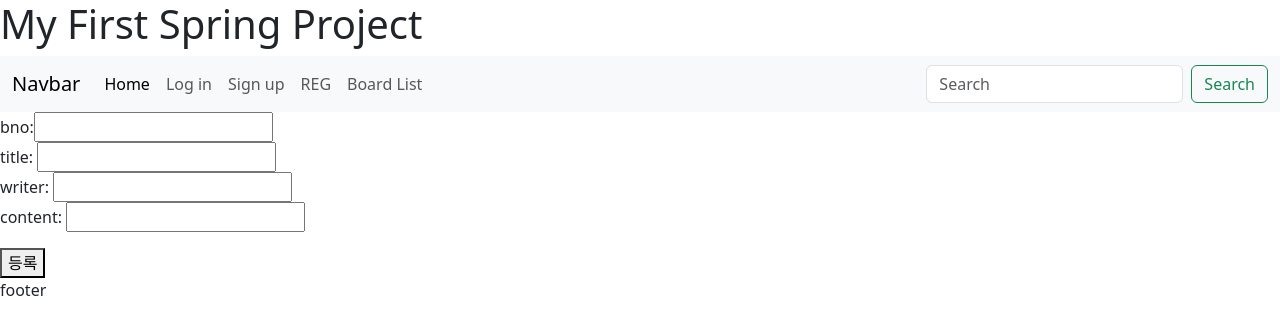
Repository: dfhdfhdfsza/springtest
Page: http://localhost/spring-Test/WEB-INF/views/board/modify.jsp
An editor plug-in stored every save of this project. The page is shown before and after the next save, followed by the edit.
The browser window is 1280 px wide. The pictures show the whole page.
The page is served by Tomcat 9. Nobody is signed in. Other server files are loaded and not shown. The template is opened directly, without the code that normally fills it, so the values that code supplies are empty.

Above is the page before, as saved 2023-10-16 11:08:56.

### spring-Test/src/main/webapp/WEB-INF/views/board/modify.jsp
<%@ page language="java" contentType="text/html; charset=UTF-8"
    pageEncoding="UTF-8"%>
    <%@ taglib prefix="c" uri="http://java.sun.com/jsp/jstl/core" %>
    <%@ taglib prefix="fn" uri="http://java.sun.com/jsp/jstl/functions" %>
<!DOCTYPE html>
<html>
<head>
<meta charset="UTF-8">
<title>Insert title here</title>
</head>
<body>
	<jsp:include page="../layout/header.jsp"></jsp:include>
	<c:set value="${boardDTO.bvo}" var="bvo"></c:set>
	<form action="/board/modify" method="post">
		bno:<input type="text" name="bno" value="${bvo.bno}" readonly="readonly"> <br>
		title: <input type="text" name="title" value="${bvo.title}"> <br>
		writer: <input type="text" name="writer" value="${bvo.writer}" readonly="readonly"> <br>
		content: <input  name="content" value="${bvo.content}"></input> <br>

		<!-- 파일표시라인 -->
		<c:set value="${boardDTO.flist}" var="flist"></c:set>
		<div>
		<ul>
			<!-- 파일 개수만큼 li를 추가하여 파일을 표시 타입이 1일경무만 표시 -->
			<!--
				li
				div => img 그림표시
				div=> div 파일이름,작성일자 span 크기 설정-->
				<!-- 하나의 파일만 따와서 fvo로 저장 -->
				<c:forEach items="${flist}" var="fvo">
					<li>
						<c:choose>
							<c:when test="${fvo.file_type>0}">
								<div>
								<!-- /upload/year/month/day/uuid_file_name -->
									<img alt="그림없음" src="/upload/${fn:replace(fvo.save_dir,'\\','/')}/${fvo.uuid}_th_${fvo.file_name}">
								</div>
							</c:when>
							<c:otherwise>
								<div>
									<!-- file 아이콘 같은 모양 값으로 넣을 수 잇음. -->
								</div>
							</c:otherwise>
						</c:choose>
						<div>
							<div>${fvo.file_name}</div>
							<button type="button" class="file-x" data-uuid="${fvo.uuid}">삭제</button>
							${fvo.reg_date}
						</div>
						<span>${fvo.file_size}Byte</span>
					</li>
				</c:forEach>
		</ul>
	</div>
		<button type="submit">등록</button> <br>
	</form>
	<script type="text/javascript" src="/resources/js/boardModify.js"></script>
	<jsp:include page="../layout/footer.jsp"></jsp:include>
</body>
</html>

### spring-Test/src/main/webapp/WEB-INF/views/layout/header.jsp
<%@ page language="java" contentType="text/html; charset=UTF-8"
    pageEncoding="UTF-8"%>
    <%@ taglib prefix="c" uri="http://java.sun.com/jsp/jstl/core" %>
<!DOCTYPE html>
<html>
<head>
<meta charset="UTF-8">
<title>Insert title here</title>
<link href="https://cdn.jsdelivr.net/npm/bootstrap@5.3.1/dist/css/bootstrap.min.css" rel="stylesheet" integrity="sha384-4bw+/aepP/YC94hEpVNVgiZdgIC5+VKNBQNGCHeKRQN+PtmoHDEXuppvnDJzQIu9" crossorigin="anonymous">
<script src="https://cdn.jsdelivr.net/npm/bootstrap@5.3.1/dist/js/bootstrap.bundle.min.js" integrity="sha384-HwwvtgBNo3bZJJLYd8oVXjrBZt8cqVSpeBNS5n7C8IVInixGAoxmnlMuBnhbgrkm" crossorigin="anonymous"></script>
</head>
<body>
	<h1>My First Spring Project</h1>
	<nav class="navbar navbar-expand-lg bg-body-tertiary">
  <div class="container-fluid">
    <a class="navbar-brand" href="#">Navbar</a>
    <button class="navbar-toggler" type="button" data-bs-toggle="collapse" data-bs-target="#navbarSupportedContent" aria-controls="navbarSupportedContent" aria-expanded="false" aria-label="Toggle navigation">
      <span class="navbar-toggler-icon"></span>
    </button>
    <div class="collapse navbar-collapse" id="navbarSupportedContent">
      <ul class="navbar-nav me-auto mb-2 mb-lg-0">
        <li class="nav-item">
          <a class="nav-link active"  href="/">Home</a>
        </li>
       <c:if test="${loginmvo eq null}">
       		<li class="nav-item">
          		<a class="nav-link" href="/member/login" >Log in</a>
        	</li>
       </c:if>
        <c:if test="${loginmvo ne null}">
        	<li class="nav-item">
          		<a class="nav-link"  href="/member/logout">Log out</a>
        	</li>
        </c:if>
        <li class="nav-item">
          <a class="nav-link" href="/member/signup">Sign up</a>
        </li>
        <li class="nav-item">
          <a class="nav-link"  href="/board/register">REG</a>
        </li>
        <li class="nav-item">
          <a class="nav-link" href="/board/list">Board List</a>
        </li>
        <c:if test="${loginmvo ne null}">
        	<li> <a class="nav-link" href="/member/modify">${loginmvo.id} 님 로그인되셨습니다.</a></li>
		</c:if>
      </ul>
      <form class="d-flex" role="search">
        <input class="form-control me-2" type="search" placeholder="Search" aria-label="Search">
        <button class="btn btn-outline-success" type="submit">Search</button>
      </form>
    </div>
  </div>
</nav>

### spring-Test/src/main/webapp/WEB-INF/views/layout/footer.jsp
<%@ page language="java" contentType="text/html; charset=UTF-8"
    pageEncoding="UTF-8"%>


	<div>
		footer
	</div>
</body>
</html>

### spring-Test/src/main/webapp/resources/js/boardModify.js
async function editFileToServer(uuidVal)
{
    try {
        const url='/board/file/'+uuidVal;
        const config={
            method:'delete',
        };
        const resp=await fetch(url,config);
        const result=await resp.text();
        return result;
    } catch (error) {
        console.log(error);
    }
}




document.addEventListener('click',(e)=>{
    console.log(e);
    if(e.target.classList.contains('file-x'))
    {
        console.log('파일삭제버튼 클릭');
        let button=e.target.closest('button');
        console.log('div:'+button);
        let uuidVal=button.dataset.uuid;
        console.log('uuid:'+uuidVal);


        editFileToServer(uuidVal).then(result=>{
            if(result==1){
                alert('삭제 성공!');
                e.target.closest('li').remove(); //li삭제
                location.reload();  //새로고침
            }
            else{
                alert('삭제 실패');
            }
        })
    }
})

After the next save:
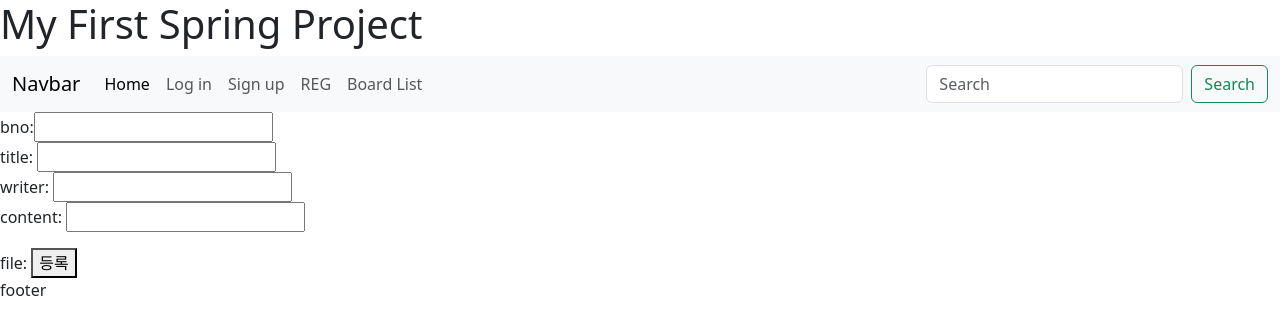
Saved 7 min 43 s later.
--- a/spring-Test/src/main/webapp/WEB-INF/views/board/modify.jsp
+++ b/spring-Test/src/main/webapp/WEB-INF/views/board/modify.jsp
@@ -52,6 +52,8 @@
 				</c:forEach>
 		</ul>
 	</div>
+		<!-- 파일 등록 라인 -->
+		file: <input type="file" id="file" name="files" multiple="multiple" style="display:none">
 		<button type="submit">등록</button> <br>
 	</form>
 	<script type="text/javascript" src="/resources/js/boardModify.js"></script>
